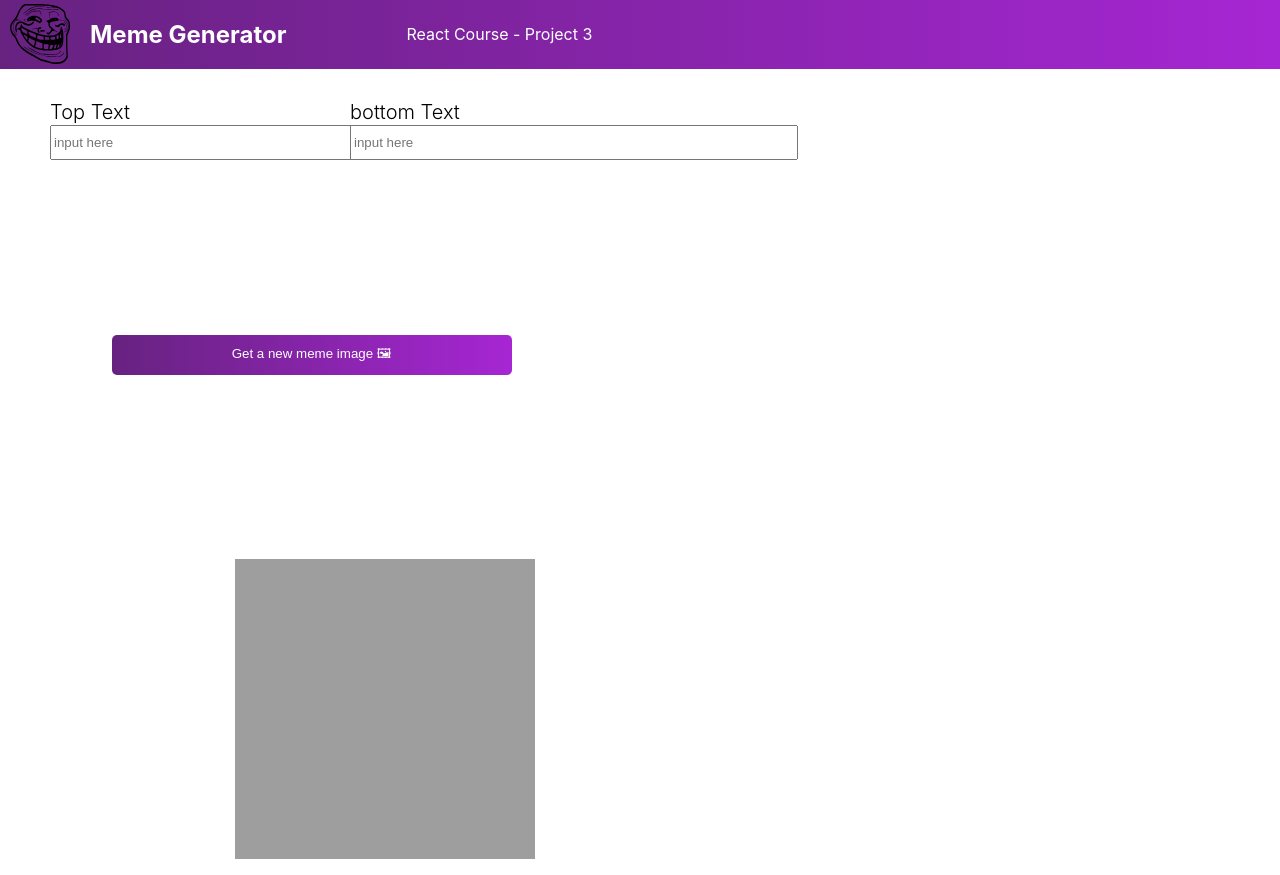
Repository: mortiestmorty1/meme-generator-react
Page: /
The author's editor kept a copy of each file at every save. The page is drawn from the files as they stood at one save, then again after the next save.
The browser window is 1280 px wide. The pictures show the whole page.
Pictures or frames that could not be fetched are drawn as grey boxes. The project was rebuilt for these pictures with package versions that can differ from the ones it lists, and the page was loaded fresh each time. Also part of the build but not shown: src/components/box.js.

Above is the page before, as saved 2024-01-20 22:30:07.

After the next save:
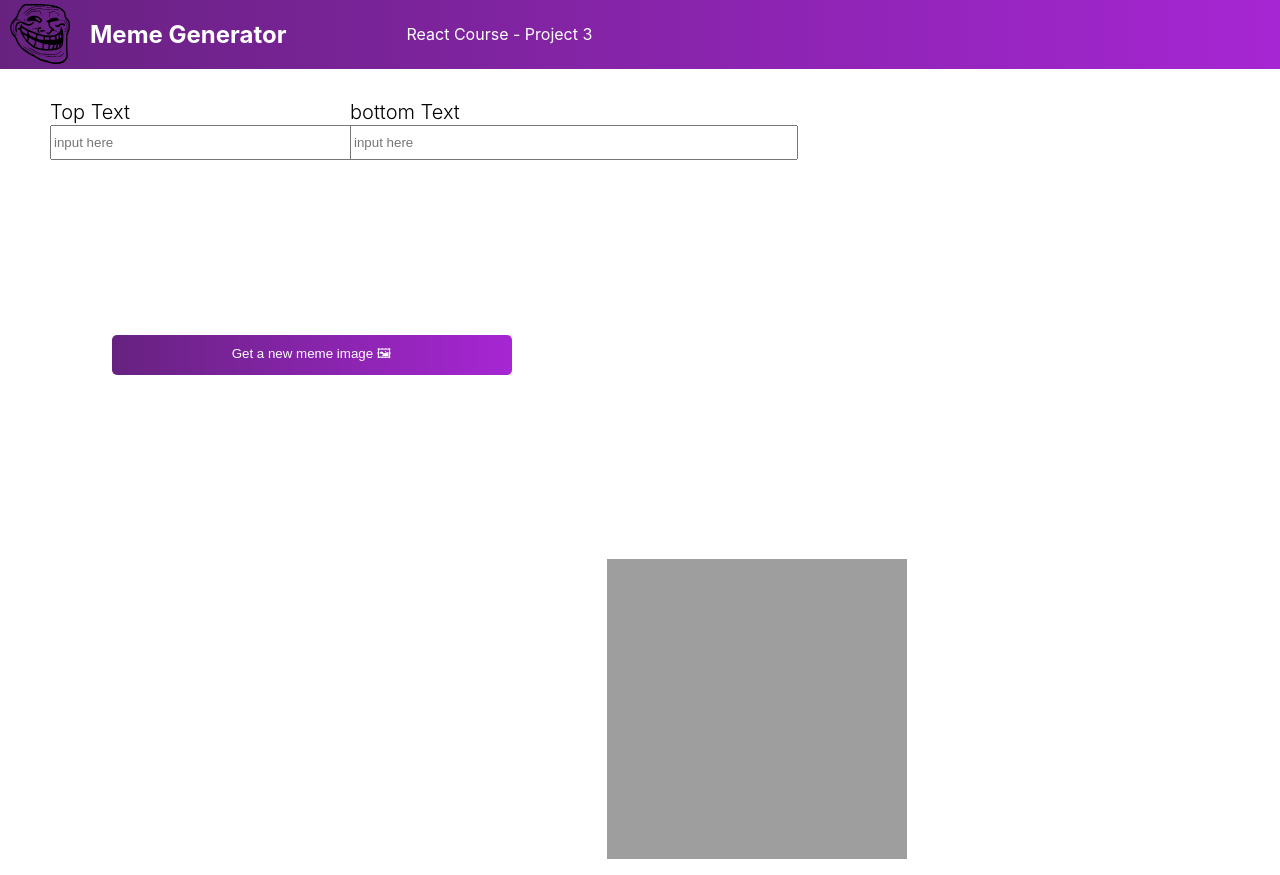
Saved 32 s later.
--- a/src/App.css
+++ b/src/App.css
@@ -62,7 +62,11 @@
     height: 40px;
   }
   .meme-container{
-    display: block;
+    display: flex;
+    justify-content: space-around;
+    align-items: center;
+
+
   }
   .memeimage{
     margin-left: 15%;

After the save that followed:
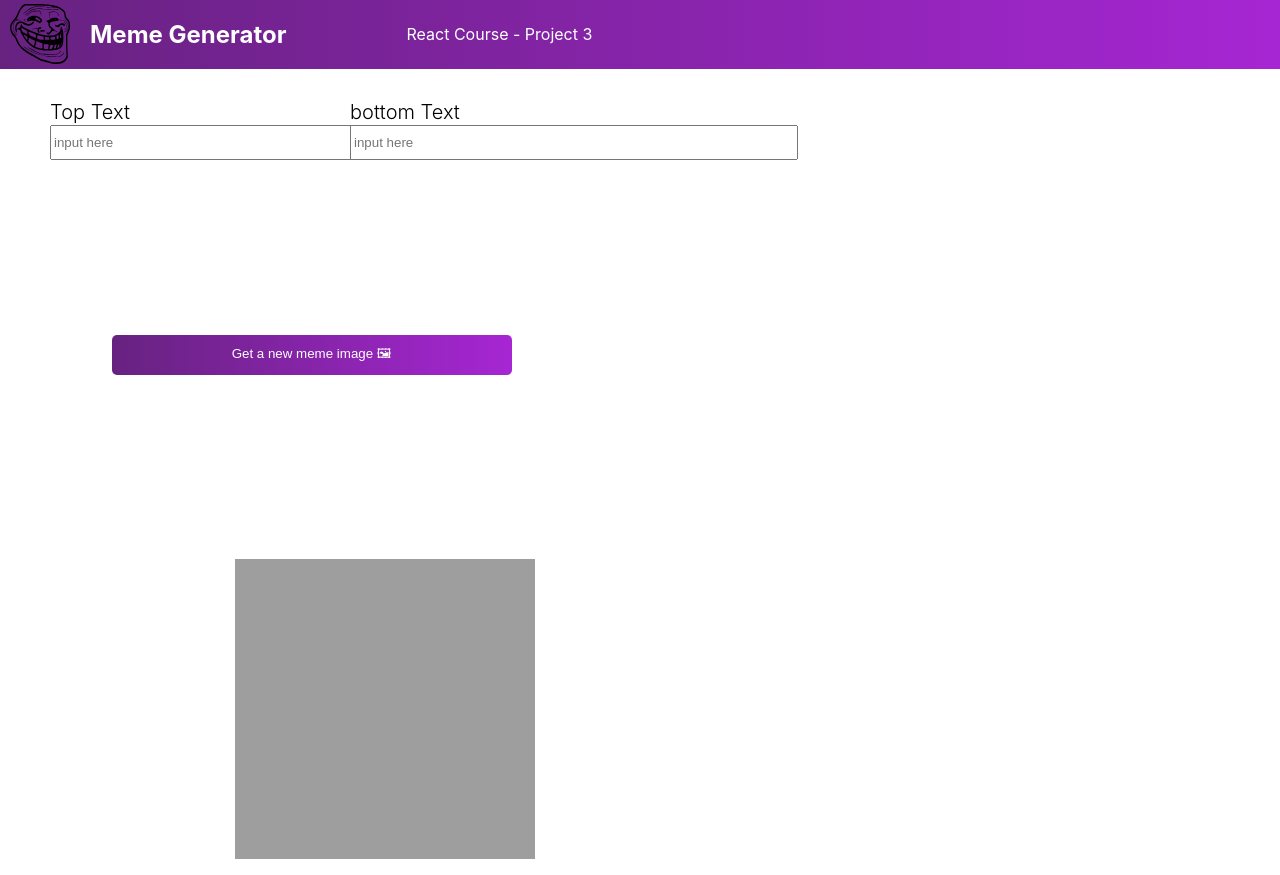
Saved 28 s later.
--- a/src/App.css
+++ b/src/App.css
@@ -62,10 +62,6 @@
     height: 40px;
   }
   .meme-container{
-    display: flex;
-    justify-content: space-around;
-    align-items: center;
-
 
   }
   .memeimage{
